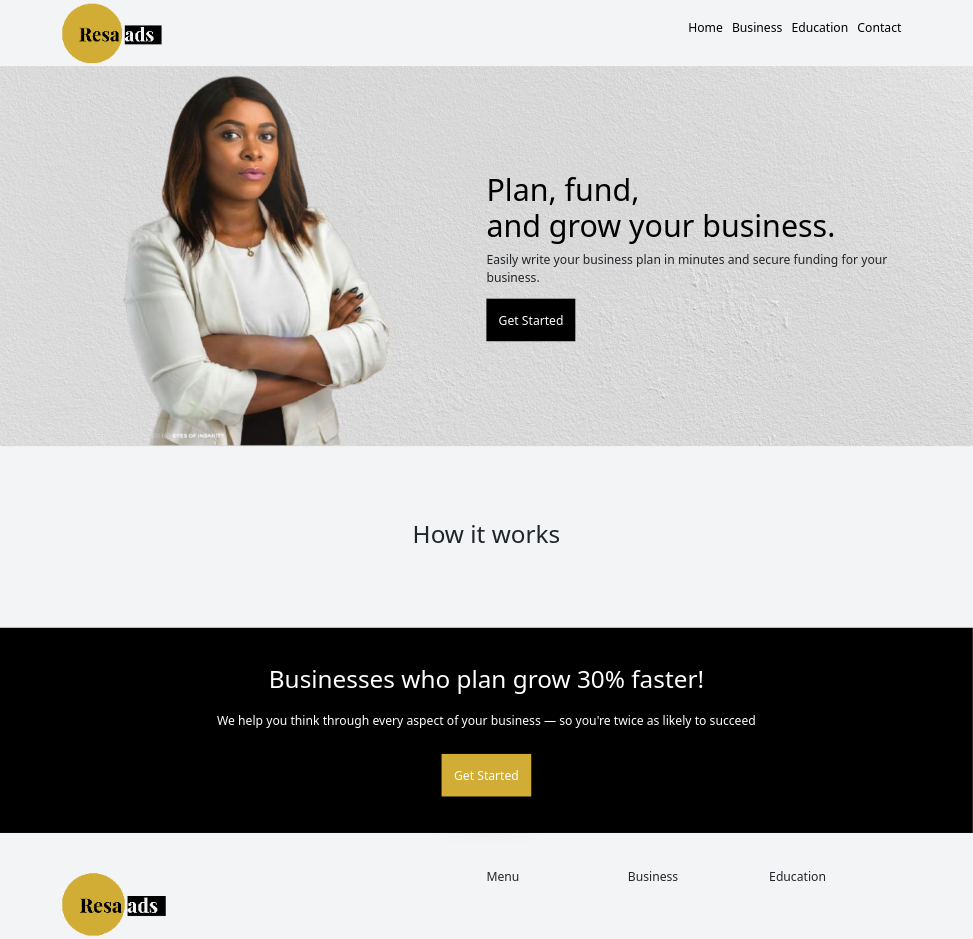
Repository: latenightsnacc/resaads-consults
Page: index.html
An editor plug-in stored every save of this project. The page is shown before and after the next save, followed by the edit.
The browser window is 1280 px wide. The pictures show the whole page, at 76% of full size.
Some web libraries are served in a nearby version.

Above is the page before, as saved 2021-08-05 11:21:12.

### index.html
<!DOCTYPE html>
<html lang="en">
<head>
    <meta charset="UTF-8">
    <meta http-equiv="X-UA-Compatible" content="IE=edge">
    <meta name="viewport" content="width=device-width, initial-scale=1.0">
    <!--Tailwind Css-->
    <link href="https://unpkg.com/tailwindcss@^2/dist/tailwind.min.css" rel="stylesheet">
    <!--Bootstrap CSS-->
    <link href="https://cdn.jsdelivr.net/npm/bootstrap@5.0.0-beta3/dist/css/bootstrap.min.css" rel="stylesheet" integrity="sha384-eOJMYsd53ii+scO/bJGFsiCZc+5NDVN2yr8+0RDqr0Ql0h+rP48ckxlpbzKgwra6" crossorigin="anonymous">
    <!--Font Awesome 5 CDN-->
    <link href="https://cdnjs.cloudflare.com/ajax/libs/font-awesome/5.13.0/css/all.min.css" rel="stylesheet">
    <!--Material Icons-->
    <link href="https://fonts.googleapis.com/css?family=Material+Icons|Material+Icons+Outlined|Material+Icons+Two+Tone|Material+Icons+Round|Material+Icons+Sharp" rel="stylesheet">
    <!--Google Font-->
    <link rel="preconnect" href="https://fonts.gstatic.com">
    <link href="https://fonts.googleapis.com/css2?family=Archivo:wght@400;700&display=swap" rel="stylesheet">
    <!--Page Title-->
    <title>Resaads Consults</title>

    <style>
        .primary-bg {
            background-color: #d2ad35 ;
        }
        a.primary:hover {
            color: #d2ad35;
            font-weight: 500;
        }
        #banner {
            background-image: url('assets/images/pexels-lorenzo-242236.jpg');
            background-size: cover;
        }

    </style>
</head>
<body class="bg-gray-100">
    <header class="container">
        <nav class="flex flex-row w-full justify-between items-center">
            <a href="index.html" class="w-36">
                <img src="assets/logos/Logo-150px-removebg-preview.png" alt="" class="w-full">
            </a>
            <ul class="flex flex-row">
                <li class="mr-3">
                    <a href="index.html" class="text-black no-underline primary">Home</a>
                </li>
                <li class="mr-3">
                    <a href="" class=" text-black no-underline primary">Business</a>
                </li>
                <li class="mr-3">
                    <a href="" class=" text-black no-underline primary">Education</a>
                </li>
                <li class="mr-3">
                    <a href="" class="text-black no-underline primary">Contact</a>
                </li>
            </ul>
        </nav>
    </header>
    <main>
        <section id="banner">
            <div class="container">
                <div class="flex flex-row">
                    <div class="w-1/2">
                        <img src="assets/images/Front-Banner-removebg-preview.png" alt="">
                    </div>
                    <div class="w-1/2 flex flex-col justify-center items-start">
                        <h1 class="text-black fontbold">
                            Plan, fund,
                            <br/><span>and grow your business.</span>
                        </h1>
                        <p>Easily write your business plan in minutes and secure funding for your business. </p>
                        <a href="#" class="">
                            <button class="bg-black text-white p-3">Get Started</button>
                        </a>
                    </div>
                </div>
            </div>
        </section>
        <!--Spacer-->
        <div class="my-5"></div>
        <section id="how-it-works">
            <div class="container">
                <h2 class="text-center py-5">How it works</h2>
                <div class="flex flex-row">
                    <div class="w-1/2">
                        <img src="" alt="">
                    </div>
                    <div class="w-1/2"></div>
                </div>
            </div>
        </section>
        <!--Spacer-->
        <div class="my-5"></div>
        <section class="bg-black text-white py-5">
            <div class="container">
                <h2 class="text-center">Businesses who plan grow 30% faster!</h2>
                <div class="flex flex-col items-center">
                    <p class="text-center py-3">We help you think through every aspect of your business — so you're twice as likely to succeed</p>
                    <a href="#" class="">
                        <button class="primary-bg text-white p-3 shadow-2xl">Get Started</button>
                    </a>
                </div>
            </div>
        </section>
    </main>
    <!--Spacer-->
    <div class="my-5"></div>
    <footer>
        <div class="container">
            <div class="flex flex-row">
                <div class="w-1/2">
                    <a href="index.html" class="w-36">
                        <img src="assets/logos/Logo-150px-removebg-preview.png" alt="" class="" data-title="Photo by Kampus Production from Pexels">
                    </a>
                </div>
                <div class="w-1/2">
                    <div class="flex flex-row">
                        <div class="w-1/3">
                            <h6>Menu</h6>
                        </div>
                        <div class="w-1/3">
                            <h6>Business</h6>
                        </div>
                        <div class="w-1/3">
                            <h6>Education</h6>
                        </div>
                    </div>
                </div>
            </div>
        </div>
    </footer>
</body>
</html>

After the next save:
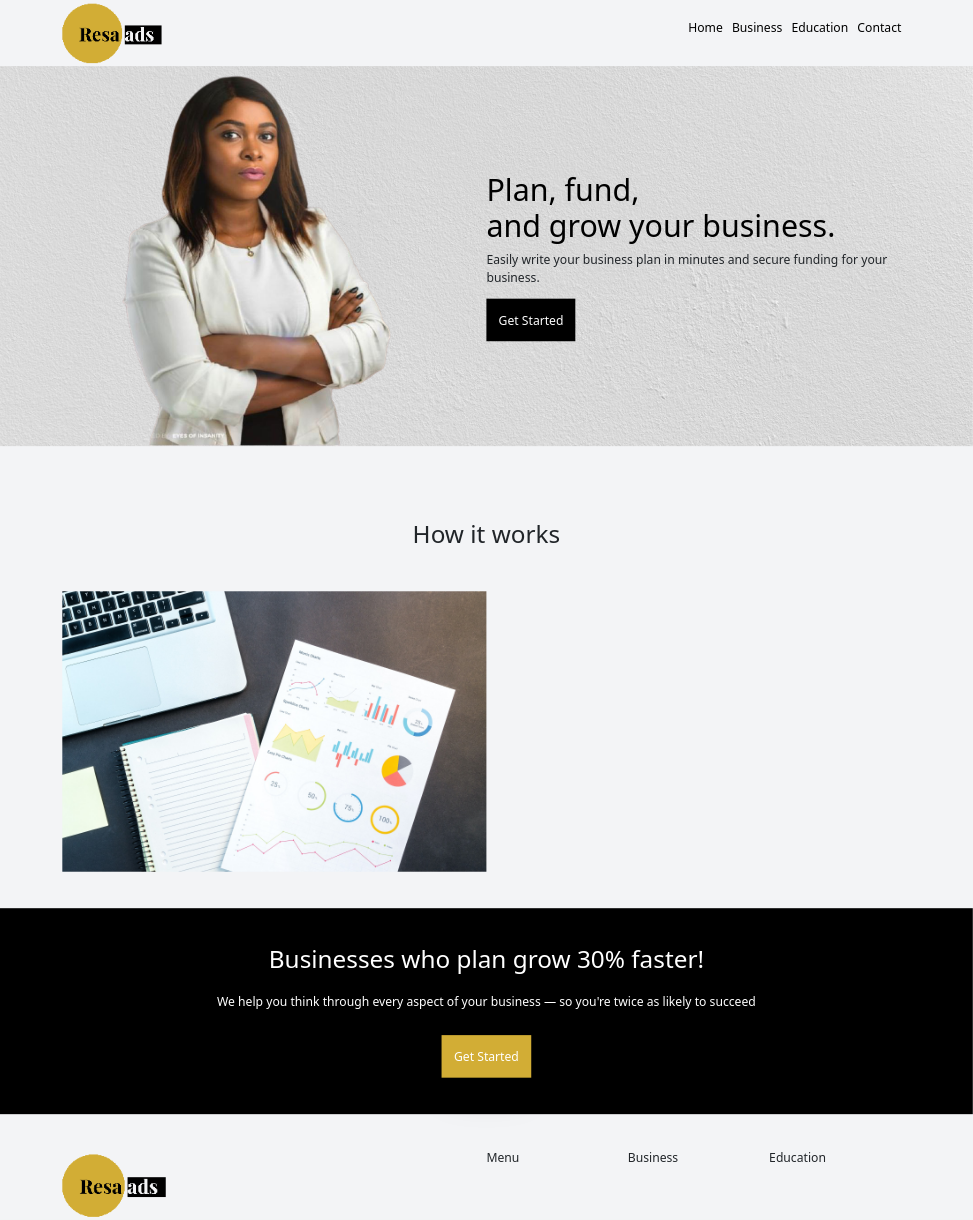
Saved 18 s later.
--- a/index.html
+++ b/index.html
@@ -82,7 +82,7 @@
                 <h2 class="text-center py-5">How it works</h2>
                 <div class="flex flex-row">
                     <div class="w-1/2">
-                        <img src="" alt="">
+                        <img src="assets/images/pexels-lukas-669619.jpg" alt="">
                     </div>
                     <div class="w-1/2"></div>
                 </div>
